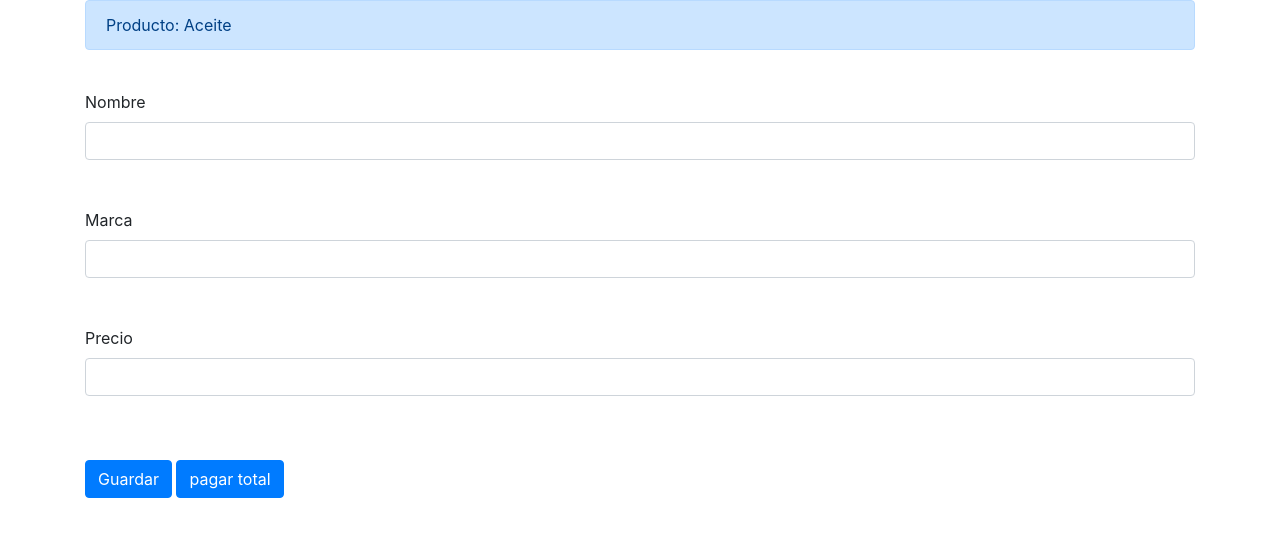
Repository: Alemartinez97/New-Repository
Page: programacion-3/tp4/carrito/detalleCompra/producto.html
These files come from the project's save history. The page is drawn as it stood at one moment and after the next save; the edit follows.
The browser window is 1280 px wide. The pictures show the whole page.

Above is the page before, as saved 2020-06-18 17:34:41.

After the next save:
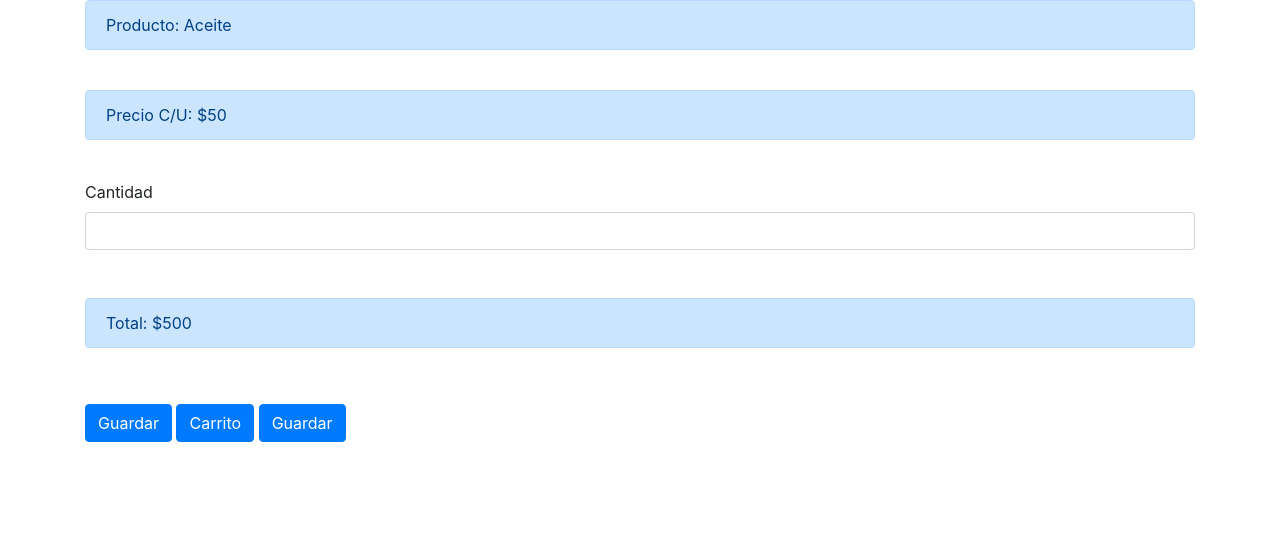
Saved 2 min 39 s later.
--- a/programacion-3/tp4/carrito/detalleCompra/producto.html
+++ b/programacion-3/tp4/carrito/detalleCompra/producto.html
@@ -13,18 +13,21 @@
                 Producto: Aceite
               </div>
         </br>
-            <label for="">Nombre</label>
-            <input type="text" id="nombre" class="form-control"  aria-describedby="emailHelp" required><br>
+        <div class="alert alert-primary" role="alert">
+            Precio C/U: $50
+          </div>
         </br>
-            <label for="">Marca</label>
-            <input type="text" id="marca" class="form-control"  aria-describedby="emailHelp" required><br>
+            <label for="">Cantidad</label>
+            <input type="number" id="marca" class="form-control"  aria-describedby="emailHelp" required><br>
         </br>
-        <label for="">Precio</label>
-        <input type="number" id="Precio" class="form-control"  aria-describedby="emailHelp" required><br>
+        <div class="alert alert-primary" role="alert">
+        Total: $500
+          </div>
     </br>
         </form>
+        <button onclick="enviarDatos()" class="btn btn-primary">Guardar</button>
+        <a href="../carrito.html" class="btn btn-primary">Carrito</a>
         <a href="../carrito.html" class="btn btn-primary">Guardar</a>
-        <button onclick="enviarDatos()" class="btn btn-primary">pagar total</button>
         <h3 id="resultado"></h3>
         <script src="../../js/producto.js"></script>
     </div>
